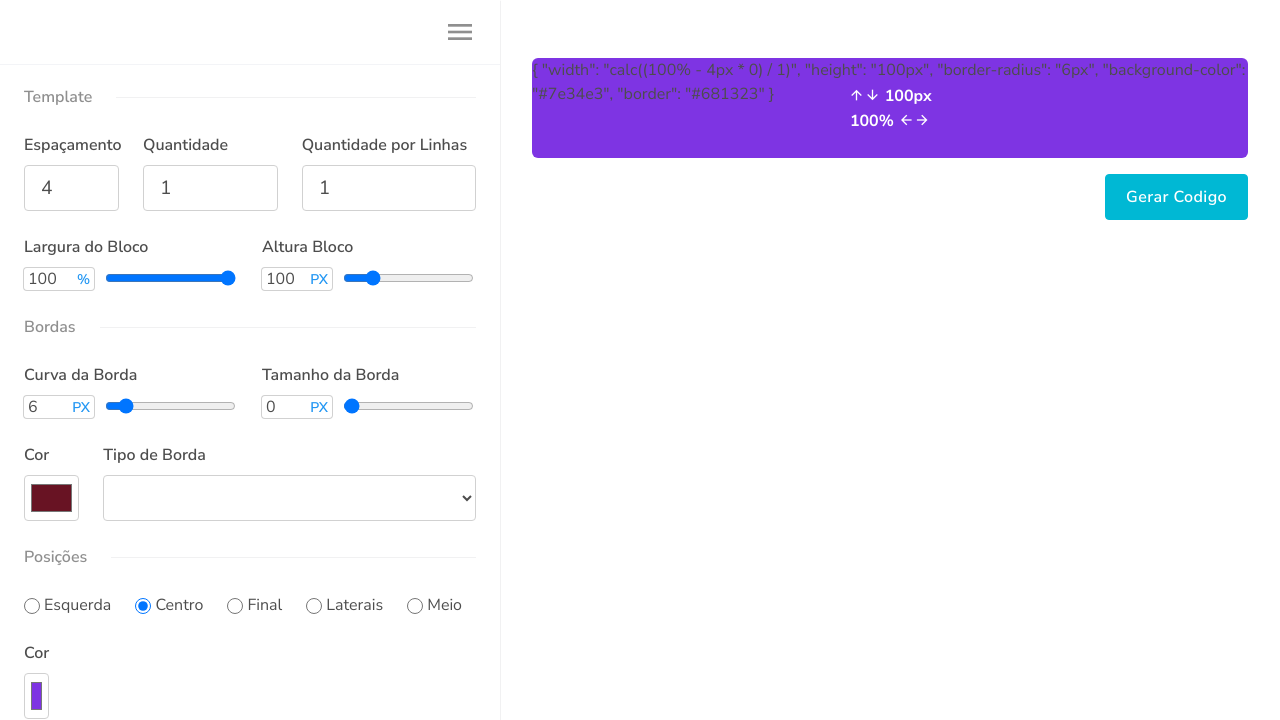
Repository: Flintdl/lowcode-elements
Page: /
The author's editor kept a copy of each file at every save. The page is drawn from the files as they stood at one save, then again after the next save.
The browser window is 1280 px wide. The pictures show the whole page.
The project was rebuilt for these pictures with package versions that can differ from the ones it lists, and the page was loaded fresh each time. Also part of the build but not shown: vue.config.js.

Above is the page before, as saved 2022-04-05 17:11:53.

After the next save:
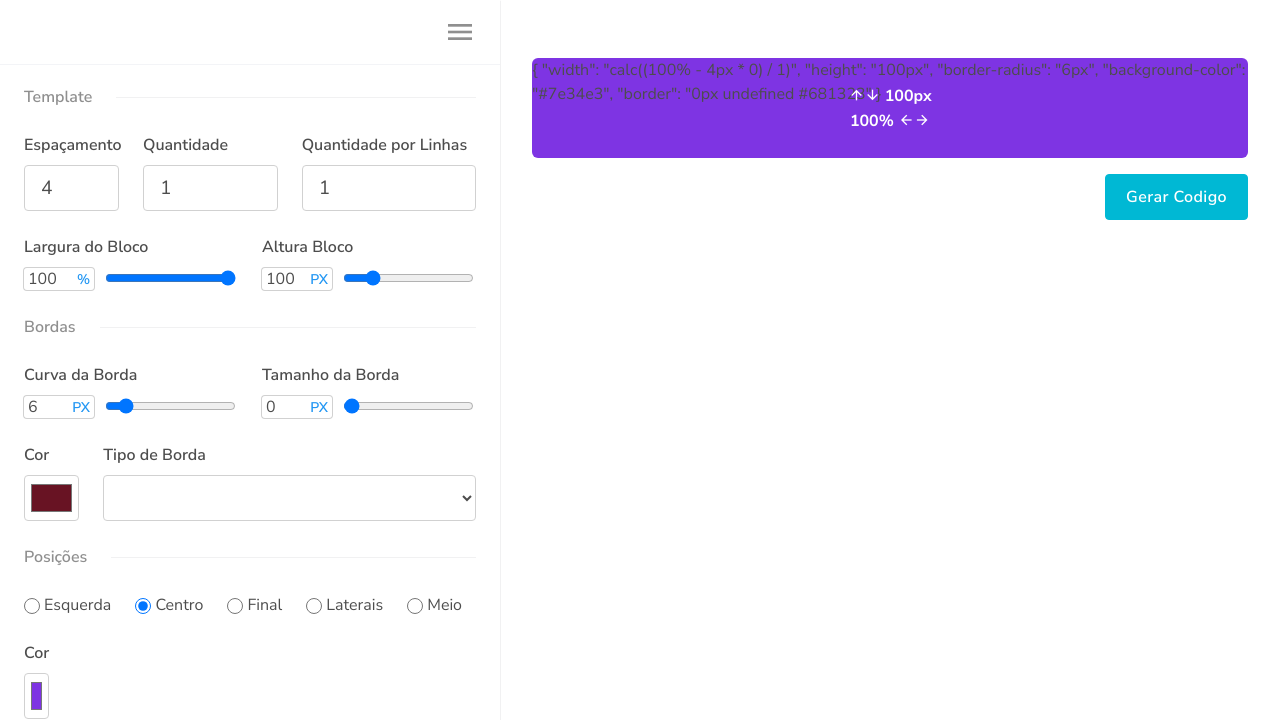
Saved 22 s later.
--- a/src/views/HomeView.vue
+++ b/src/views/HomeView.vue
@@ -94,13 +94,11 @@ export default {
         "border-radius": this.inputBorderRadius + "px",
         "background-color": this.inputColor,
         border:
-          this.inputBorder &&
           this.inputBorder +
-            "px" +
-            " " +
-            (this.inputBorderTipo && this.inputBorderTipo) +
-            " " +
-            this.inputBorderColor &&
+          "px" +
+          " " +
+          this.inputBorderTipo +
+          " " +
           this.inputBorderColor,
       };
     },
